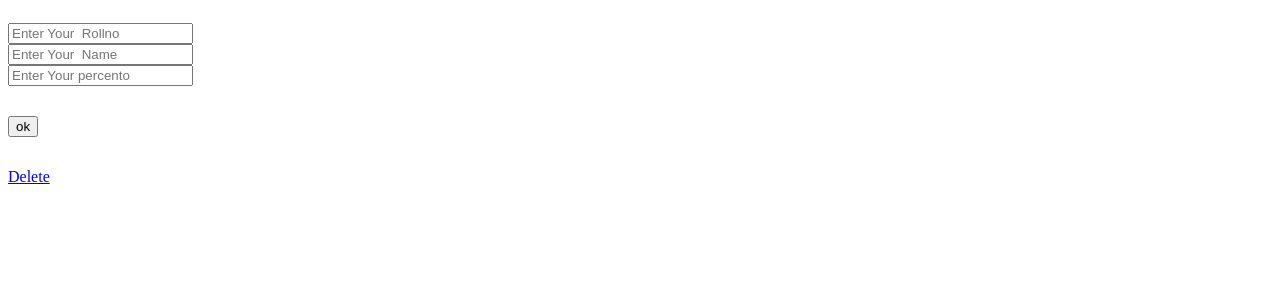
Repository: yogesh8rajput/web_hibernate
Page: http://localhost/Testing/
These files come from the project's save history. The page is drawn as it stood at one moment and after the next save; the edit follows.
The browser window is 1280 px wide. The pictures show the whole page.
The page is served by Tomcat 10. Other server files are loaded and not shown.

Above is the page before, as saved 2024-11-11 11:18:09.

### Testing/src/main/webapp/index.jsp
<html>
<body>
<form action="Serv" method="get">
<pre>

<input type="text" name="id" placeholder="Enter Your  Rollno">
<input type="text" name="name" placeholder="Enter Your  Name">
<input type="text" name="percent" placeholder="Enter Your percento">


<input type="submit" value="ok">

</pre>
</form>
<a href="delete.jsp">Delete</a>
</body>
</html>

After the next save:
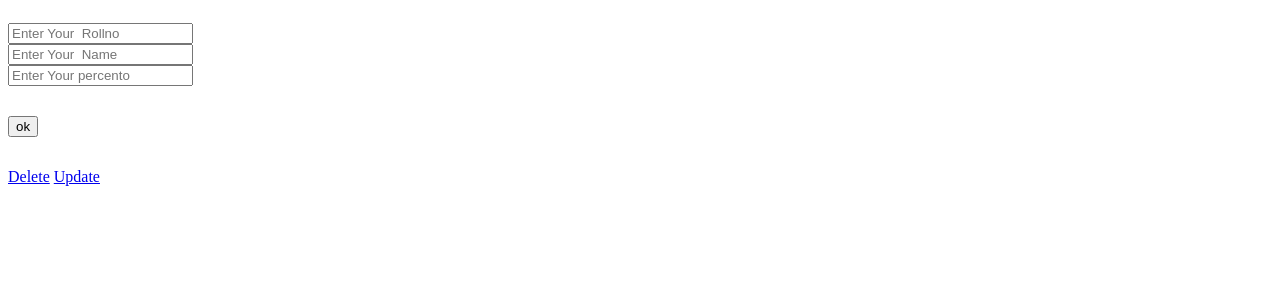
Saved 119 s later.
--- a/Testing/src/main/webapp/index.jsp
+++ b/Testing/src/main/webapp/index.jsp
@@ -13,5 +13,6 @@
 </pre>
 </form>
 <a href="delete.jsp">Delete</a>
+<a href="delete.jsp">Update</a>
 </body>
 </html>
